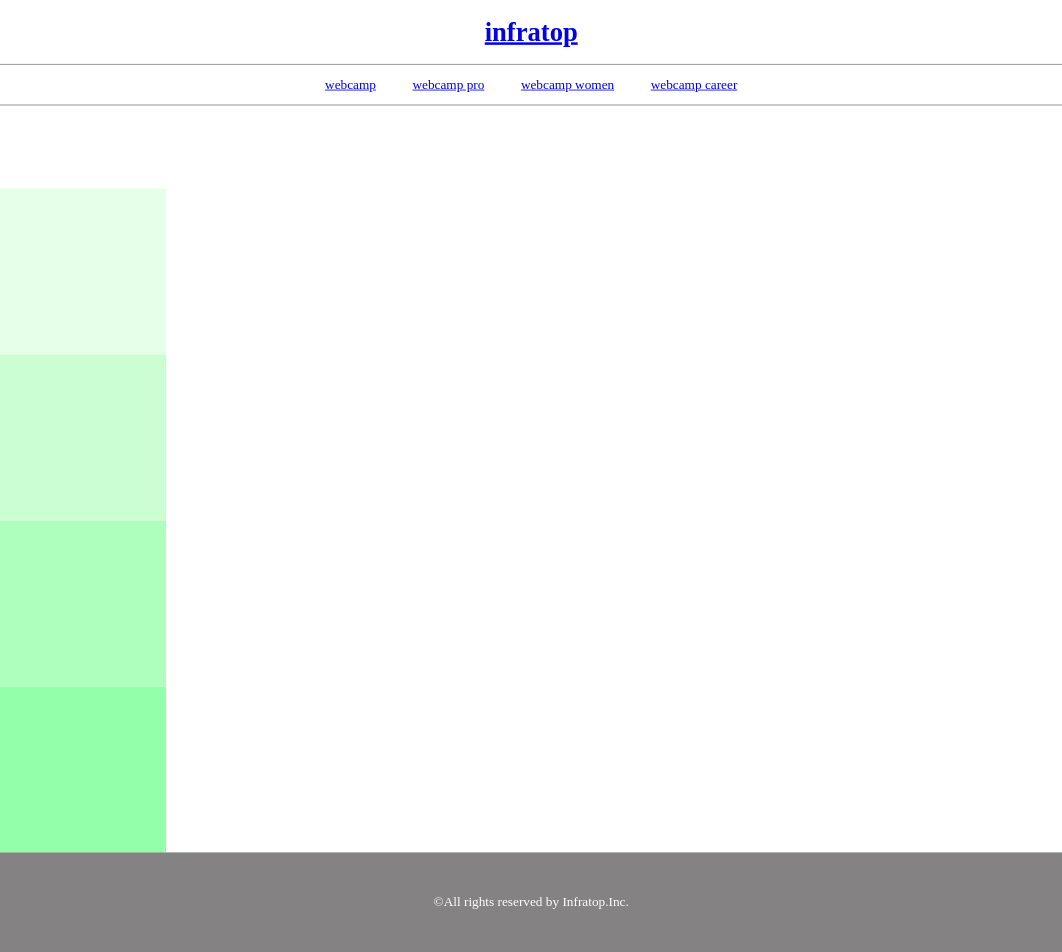
Repository: pooh0721/-
Page: chapter5/index.html
The author's editor kept a record of every edit. The page is drawn from the files as they stood at one moment, then again after the next edit.
The browser window is 1280 px wide. The pictures show the whole page, at 83% of full size.

Above is the page before.

### chapter5/index.html
<!DOCTYPE html>
<html lang="ja">
  <head>
    <meta charset="UTF-8" />
    <!-- CSSファイルの読み込み -->
    <link rel="stylesheet" href="style.css" />
    <title>CARAVAN</title>
  <head>
    <body>
      <header>
        <h1 class="heading">
          <a href="index.html">infratop
          </a>
        </h1>
      </header>
      <nav>
        <ul class="nav-list">
          <li class="nav-list-item">
            <a href="index.html" >webcamp</a>
          </li>
           <li class="nav-list-item">
            <a href="index.html" >webcamp pro</a>
          </li>
           <li class="nav-list-item">
            <a href="index.html" >webcamp women</a>
          </li>
           <li class="nav-list-item">
            <a href="index.html" >webcamp career</a>
          </li>


        </ul>
      </nav>
      <div class="main"></div>

      <div class="box1"></div>

      <div class="box2"></div>

      <div class="box3"></div>

      <div class="box4"></div>

      <div class="box"></div>

      <div class="box"></div>

      <div class="box"></div>

      <div class="box"></div>

      <div class="box"></div>

      <div class="box"></div>

      <div class="box"></div>

      <div class="box"></div>


      <footer>
        <p class="footer-text"> ©All rights reserved by Infratop.Inc.</p>
      </footer>
    </body>



  <html>

### chapter5/style.css
* {
  margin: 0;
  padding: 0;
  box-sizing: border-box;
}

header {
  width: 100%; /* 横幅90% */
  padding: 20px 0;
  margin: 0 auto;
  text-align: center;
}


.nav-list {
  text-align: center;
  padding:15px ;
   margin: 0 auto;
  border-bottom: 1px solid #848282;
  border-top: 1px solid #848282;
  }

.nav-list-item {
  list-style: none;
  display: inline-block;
  margin: 0 20px;
}

.main {
  width: 800px;
  margin: 50px auto;
  display: flex;
  flex-wrap: wrap;

}

.box1 {
  width: 200px;
  height: 200px;
  background-color: #e6ffe9;
}

.box2 {
  width: 200px;
  height: 200px;
  background-color: #cbffd3;
}

.box3 {
  width: 200px;
  height: 200px;
  background-color: #aeffbd;
}

.box4 {
  width: 200px;
  height: 200px;
  background-color: #93ffab;
}

.box5 {
  width: 200px;
  height: 200px;
  background-color: #f3ffd8;
}

.box6 {
  width: 200px;
  height: 200px;
  background-color: #edffbe;
}

.box7 {
  width: 200px;
  height: 200px;
  background-color: #e9ffa5;
}

.box8 {
  width: 200px;
  height: 200px;
  background-color: #e4ff8d;
}

.box9 {
  width: 200px;
  height: 200px;
  background-color: #d9e5ff;
}

.box10 {
  width: 200px;
  height: 200px;
  background-color: #bad3ff;
}

.box11 {
  width: 200px;
  height: 200px;
  background-color: #a4c6ff;
}

.box12 {
  width: 200px;
  height: 200px;
  background-color: #8eb8ff;
}

footer {
  width: 100%;
  height: 120px;
  text-align: center;
  line-height: 120px;
  background-color: #848282;
}


footer {
  width: 100%;
  height: 120px;
  text-align: center;
  line-height: 120px;
  background-color: #848282;
}

.footer-text {
  color: #fff;
}

After the next edit:
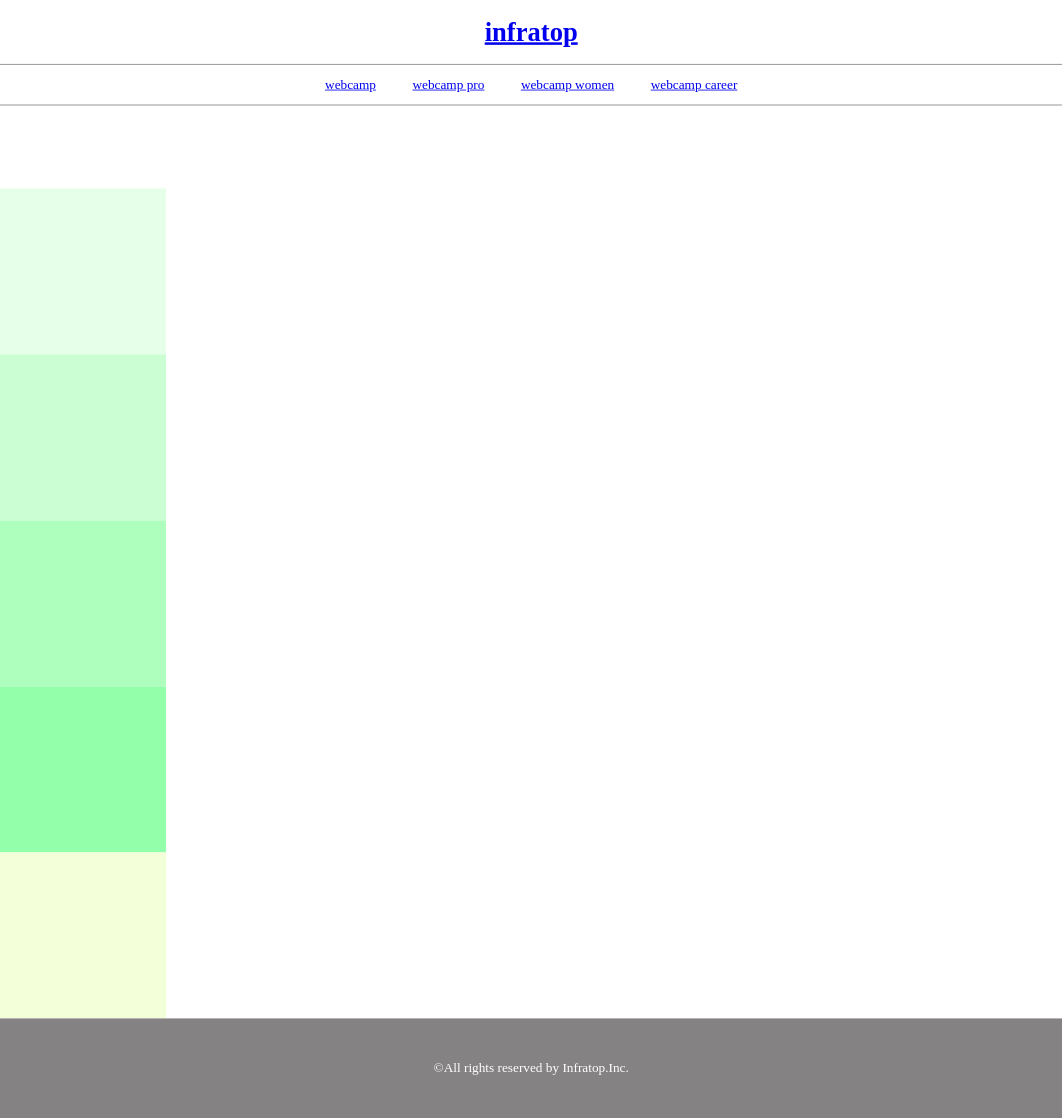
The edit:
--- a/chapter5/index.html
+++ b/chapter5/index.html
@@ -41,7 +41,7 @@
 
       <div class="box4"></div>
 
-      <div class="box"></div>
+      <div class="box5"></div>
 
       <div class="box"></div>
 
